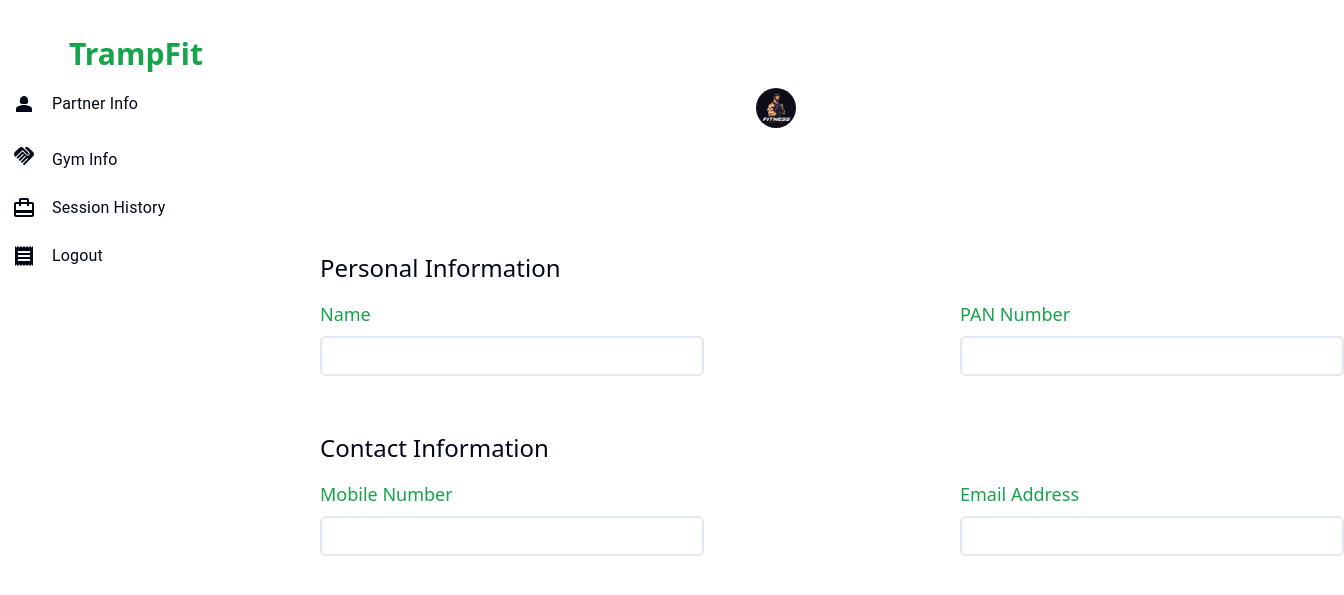
Repository: ezioxatul/TrampFit-Website
Page: /partner/partnerDashboard/partnerInfo (app in Frontend/)
The author's editor kept a copy of each file at every save. The page is drawn from the files as they stood at one save, then again after the next save.
The browser window is 1280 px wide. The page is 1344 px wide, so the pictures cover 1344 px, including what lies to the right of the window. The pictures show the whole page.
The project was rebuilt for these pictures with package versions that can differ from the ones it lists, and the page was loaded fresh each time. The framework's server and built-in components were replaced by stand-ins that run in the browser. Also part of the build but not shown: Frontend/next.config.js, Frontend/next.config.mjs, Frontend/components/Loader.js, Frontend/components/Popup.js.

Above is the page before, as saved 2024-05-16 17:57:50.

### Frontend/pages/_app.js
import Loader from "@/components/Loader";
import "@/styles/globals.css";
import { useRouter } from "next/router";
import { useEffect, useState } from "react";


const Loading = () => {

  return (
    <Loader/>
  );
}

export default function App({ Component, pageProps }) {

  const [loading, setLoading] = useState(false);
  const router = useRouter();

  useEffect(() => {
    const handleStart = () => setLoading(true);
    const handleComplete = () => setLoading(false);

    router.events.on('routeChangeStart', handleStart);
    router.events.on('routeChangeComplete', handleComplete);
    router.events.on('routeChangeError', handleComplete);

    return () => {
      router.events.off('routeChangeStart', handleStart);
      router.events.off('routeChangeComplete', handleComplete);
      router.events.off('routeChangeError', handleComplete);
    };
  }, []);

  return (
    <>
    <div className="h-2">
      {
        loading  &&
          <Loading />

      }
      </div>
          <Component {...pageProps} />

    </>
  );
}

### Frontend/pages/_document.js
import { Html, Head, Main, NextScript } from "next/document";

export default function Document() {
  return (
    <Html lang="en">
          <Head />
          <body>
            <Main />
            <NextScript />
          </body>
        </Html>
        );
}

### Frontend/pages/partner/partnerDashboard/partnerInfo.js
import PartnerSideBar from "@/components/PartnerSideBar";
import { Avatar } from "@mui/material";
import { Input } from "@/components/ui/input";
import { Label } from "@/components/ui/label";
import { useEffect, useState } from "react";
import { useRouter } from "next/router";
import { ToastContainer, toast } from "react-toastify";

export default function partnerInfo() {
    const inputClassName = "w-96 text-lg border-2";
    const labelClassName = "text-lg text-green-600 font-normal";
    const containerClassName = "ml-80";

    return (
        <>
            <div className="flex flex-col">
                <div className="flex">
                    <PartnerSideBar />
                        <Avatar className="w-36 mx-auto mt-20 h-36 text-6xl bg-black" src="/gymname.png" />
                </div>
                <div className=" mt-[-5rem]">
                    <h1 className={`${containerClassName} text-2xl mb-4`}>Personal Information</h1>
                    <div className={`${containerClassName} flex mb-10`}>
                        <div className="mr-32 space-y-2">
                            <Label htmlFor="name" className={labelClassName}>
                                Name
                            </Label>
                            <Input type="text" className={inputClassName} />
                        </div>
                        <div className="ml-32 space-y-2">
                            <Label htmlFor="panNumber" className={labelClassName}>
                                PAN Number
                            </Label>
                            <Input type="text" className={inputClassName} />
                        </div>
                    </div>
                </div>
                <div>
                    <h1 className={`${containerClassName} text-2xl mb-4 mt-4`}>Contact Information</h1>
                    <div className={`${containerClassName} flex mb-10`}>
                        <div className="mr-32 space-y-2">
                            <Label htmlFor="name" className={labelClassName}>
                                Mobile Number
                            </Label>
                            <Input type="text" className={inputClassName} />
                        </div>
                        <div className="ml-32 space-y-2 mb-10">
                            <Label htmlFor="city" className={labelClassName}>
                                Email Address
                            </Label>
                            <Input type="text" className={inputClassName} />
                        </div>
                        <ToastContainer />
                    </div>
                </div>
            </div>
        </>
    );
}

### Frontend/styles/globals.css
@tailwind base;
@tailwind components;
@tailwind utilities;


@layer base {
  :root {
    --background: 0 0% 100%;
    --foreground: 222.2 84% 4.9%;

    --card: 0 0% 100%;
    --card-foreground: 222.2 84% 4.9%;

    --popover: 0 0% 100%;
    --popover-foreground: 222.2 84% 4.9%;

    --primary: 222.2 47.4% 11.2%;
    --primary-foreground: 210 40% 98%;

    --secondary: 210 40% 96.1%;
    --secondary-foreground: 222.2 47.4% 11.2%;

    --muted: 210 40% 96.1%;
    --muted-foreground: 215.4 16.3% 46.9%;

    --accent: 210 40% 96.1%;
    --accent-foreground: 222.2 47.4% 11.2%;

    --destructive: 0 84.2% 60.2%;
    --destructive-foreground: 210 40% 98%;

    --border: 214.3 31.8% 91.4%;
    --input: 214.3 31.8% 91.4%;
    --ring: 222.2 84% 4.9%;

    --radius: 0.5rem;
  }

  .dark {
    --background: 222.2 84% 4.9%;
    --foreground: 210 40% 98%;

    --card: 222.2 84% 4.9%;
    --card-foreground: 210 40% 98%;

    --popover: 222.2 84% 4.9%;
    --popover-foreground: 210 40% 98%;

    --primary: 210 40% 98%;
    --primary-foreground: 222.2 47.4% 11.2%;

    --secondary: 217.2 32.6% 17.5%;
    --secondary-foreground: 210 40% 98%;

    --muted: 217.2 32.6% 17.5%;
    --muted-foreground: 215 20.2% 65.1%;

    --accent: 217.2 32.6% 17.5%;
    --accent-foreground: 210 40% 98%;

    --destructive: 0 62.8% 30.6%;
    --destructive-foreground: 210 40% 98%;

    --border: 217.2 32.6% 17.5%;
    --input: 217.2 32.6% 17.5%;
    --ring: 212.7 26.8% 83.9%;
  }
}

@layer base {
  * {
    @apply border-border;
  }
  body {
    @apply bg-background text-foreground;
  }
}


.outline_remove:focus{


}
.focus-visible\:ring-offset-2:focus-visible{
  border:none !important;
  outline: none !important;
  border-style: none;
}

### Frontend/components/PartnerSideBar.js
import List from '@mui/material/List';
import ListItemButton from '@mui/material/ListItemButton';
import ListItemText from '@mui/material/ListItemText';
import Person2Icon from '@mui/icons-material/Person2';
import HandshakeIcon from '@mui/icons-material/Handshake';
import CardTravelIcon from '@mui/icons-material/CardTravel';
import ReceiptIcon from '@mui/icons-material/Receipt';
import LogoutIcon from '@mui/icons-material/Logout';

import { useState } from 'react';
import Link from 'next/link';
import Popup from './Popup';
import { useRouter } from 'next/router';

export default function PartnerSideBar() {

    let SideBarHeading = ['Partner Info', 'Gym Info', 'Session History', 'Logout'];

    let router = useRouter();
    let [start, setStart] = useState(false);

    const logout = () => {
        setStart(!start);
    }


    const logoutEvent = () => {
        localStorage.removeItem('partnerToken');
        setStart(false);
        router.push('/partner/partnerLogin')
    }
    return (
        <>
            <div className=" w-72  m-[-8px] p-1  mb-10">
                <Link href="#"><h1 className=' text-green-600 text-3xl font-semibold text-center mt-8 cursor-pointer'>TrampFit</h1></Link>

                <List className='bg-white mt-8 ml-6 space-y-2'>
                    {
                        SideBarHeading.map((text, index) => {
                            return (
                                index === 1 ?
                                    <>

                                        <ListItemButton className=' space-x-4 flex justify-between hover:bg-green-100 hover:rounded-2xl hover:text-green-600'>
                                            <Link href="#" className='flex space-x-4 '>
                                                <HandshakeIcon className='text-2xl' />
                                                <ListItemText primary={text} />
                                            </Link>
                                        </ListItemButton>

                                    </> :
                                    index === 0 ?
                                        <Link href="#">
                                            <ListItemButton className=' space-x-4 hover:bg-green-100 hover:rounded-2xl hover:text-green-600'>
                                                <Person2Icon className='text-2xl' />
                                                <ListItemText primary={text} />
                                            </ListItemButton>
                                        </Link> :
                                        index === 2 ?
                                            <Link href="#">
                                                <ListItemButton className=' space-x-4 hover:bg-green-100 hover:rounded-2xl hover:text-green-600'>
                                                    <CardTravelIcon className='text-2xl' />
                                                    <ListItemText primary={text} />
                                                </ListItemButton>
                                            </Link> :
                                            index === 3 ?
                                                <Link href="#">
                                                    <ListItemButton className=' space-x-4 hover:bg-green-100 hover:rounded-2xl hover:text-green-600'>
                                                        <ReceiptIcon className='text-2xl' />
                                                        <ListItemText primary={text} />
                                                    </ListItemButton>
                                                </Link> :
                                                <ListItemButton className=' space-x-4 hover:bg-green-100 hover:rounded-2xl hover:text-green-600' onClick={logout}>
                                                    <LogoutIcon className='text-2xl' />
                                                    <ListItemText primary={text} />
                                                    <Popup open={start} title={"Do you Really want to Logout?"} cancel="Cancel" logout="Logout" logoutEvent={logoutEvent} cancelEvent={logout} />
                                                </ListItemButton>
                            )
                        })
                    }
                </List>
            </div>
        </>
    );
}

### Frontend/tailwind.config.js
/** @type {import('tailwindcss').Config} */
module.exports = {
  darkMode: ["class"],
  content: [
    './pages/**/*.{js,jsx}',
    './components/**/*.{js,jsx}',
    './app/**/*.{js,jsx}',
    './src/**/*.{js,jsx}',
  ],
  prefix: "",
  theme: {
    container: {
      center: true,
      padding: "2rem",
      screens: {
        "2xl": "1400px",
      },
    },
    extend: {fontFamily: {
      play: ["Play", "sans-serif"],
    },
      colors: {
        border: "hsl(var(--border))",
        input: "hsl(var(--input))",
        ring: "hsl(var(--ring))",
        background: "hsl(var(--background))",
        foreground: "hsl(var(--foreground))",
        primary: {
          DEFAULT: "hsl(var(--primary))",
          foreground: "hsl(var(--primary-foreground))",
        },
        secondary: {
          DEFAULT: "hsl(var(--secondary))",
          foreground: "hsl(var(--secondary-foreground))",
        },
        destructive: {
          DEFAULT: "hsl(var(--destructive))",
          foreground: "hsl(var(--destructive-foreground))",
        },
        muted: {
          DEFAULT: "hsl(var(--muted))",
          foreground: "hsl(var(--muted-foreground))",
        },
        accent: {
          DEFAULT: "hsl(var(--accent))",
          foreground: "hsl(var(--accent-foreground))",
        },
        popover: {
          DEFAULT: "hsl(var(--popover))",
          foreground: "hsl(var(--popover-foreground))",
        },
        card: {
          DEFAULT: "hsl(var(--card))",
          foreground: "hsl(var(--card-foreground))",
        },
      },
      borderRadius: {
        lg: "var(--radius)",
        md: "calc(var(--radius) - 2px)",
        sm: "calc(var(--radius) - 4px)",
      },
      keyframes: {
        "accordion-down": {
          from: { height: "0" },
          to: { height: "var(--radix-accordion-content-height)" },
        },
        "accordion-up": {
          from: { height: "var(--radix-accordion-content-height)" },
          to: { height: "0" },
        },
      },
      animation: {
        "accordion-down": "accordion-down 0.2s ease-out",
        "accordion-up": "accordion-up 0.2s ease-out",
      },
    },
  },
  plugins: [require("tailwindcss-animate")],
}

Loaded but not shown: Frontend/components/ui/input.jsx (common file); Frontend/components/ui/label.jsx (common file); Frontend/lib/utils.js (common file)

After the next save:
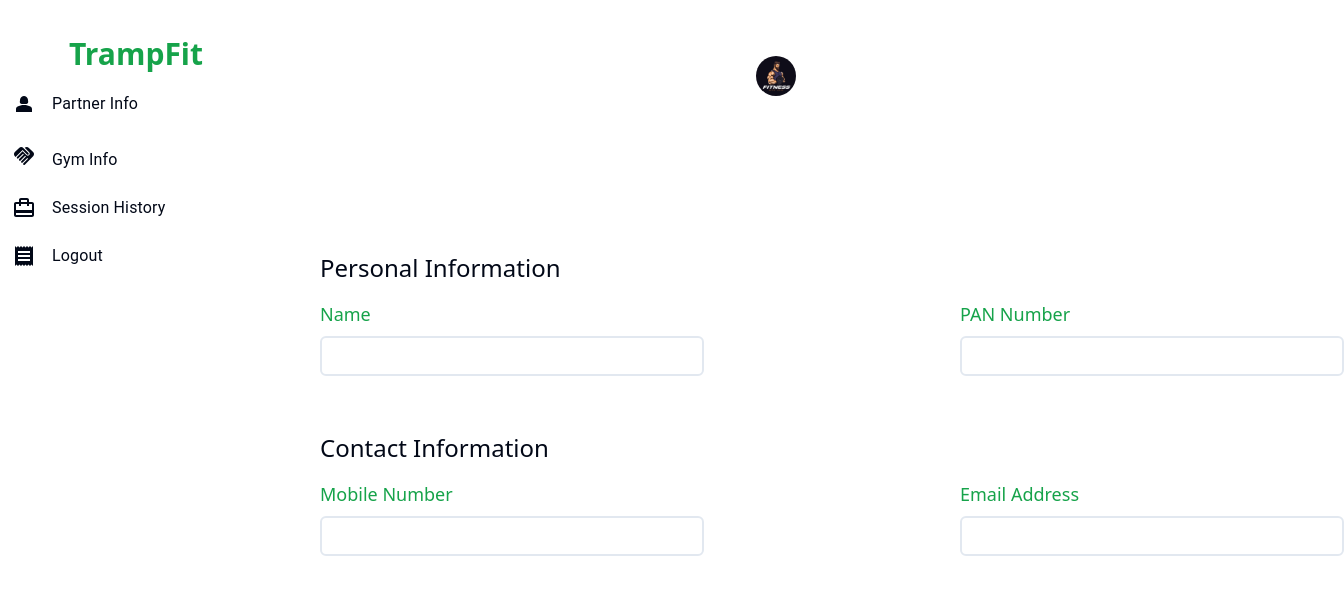
Saved 7 s later.
--- a/Frontend/pages/partner/partnerDashboard/partnerInfo.js
+++ b/Frontend/pages/partner/partnerDashboard/partnerInfo.js
@@ -16,7 +16,7 @@
             <div className="flex flex-col">
                 <div className="flex">
                     <PartnerSideBar />
-                        <Avatar className="w-36 mx-auto mt-20 h-36 text-6xl bg-black" src="/gymname.png" />
+                        <Avatar className="w-36 mx-auto mt-12 h-36 text-6xl bg-black" src="/gymname.png" />
                 </div>
                 <div className=" mt-[-5rem]">
                     <h1 className={`${containerClassName} text-2xl mb-4`}>Personal Information</h1>
